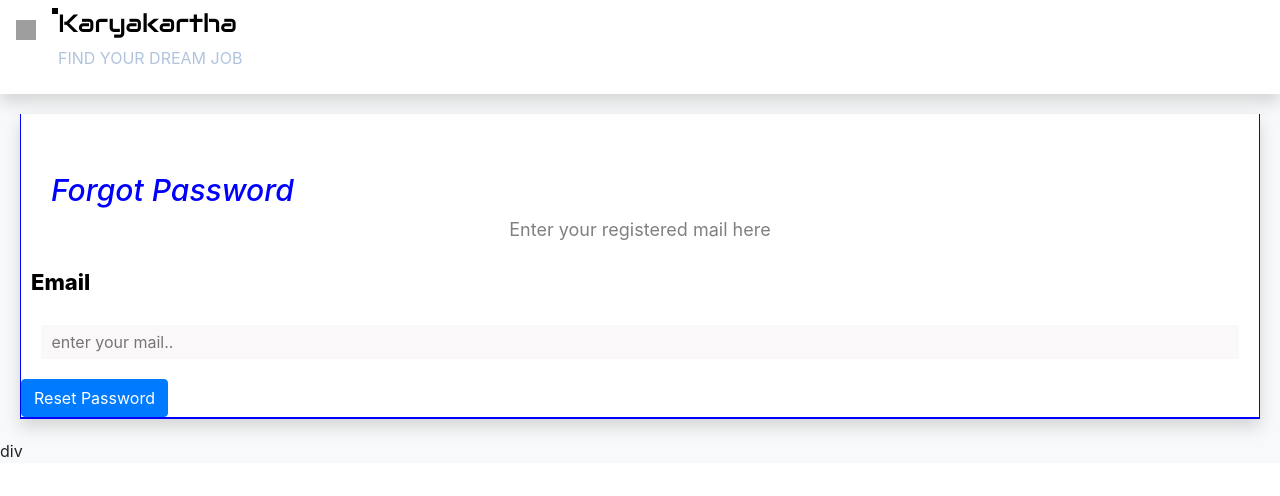
Repository: siri548/Karyakartha
Page: forgotPage.html
These files come from the project's save history. The page is drawn as it stood at one moment and after the next save; the edit follows.
The browser window is 1280 px wide. The pictures show the whole page.
Pictures or frames that could not be fetched are drawn as grey boxes.

Above is the page before, as saved 2023-11-04 17:51:27.
Console error (its wording comes from the project's code and is left out).

### forgotPage.html
<!DOCTYPE html>
<html lang="en">

<head>
    <meta charset="UTF-8">
    <meta name="viewport" content="width=device-width, initial-scale=1.0">
    <link rel="stylesheet" href="https://cdn.jsdelivr.net/npm/bootstrap@4.6.2/dist/css/bootstrap.min.css">
    <link rel="stylesheet" href="https://cdnjs.cloudflare.com/ajax/libs/font-awesome/6.4.0/css/all.min.css">

    <script src="https://cdn.jsdelivr.net/npm/bootstrap@4.6.2/dist/js/bootstrap.bundle.min.js" integrity="sha384-Fy6S3B9q64WdZWQUiU+q4/2Lc9npb8tCaSX9FK7E8HnRr0Jz8D6OP9dO5Vg3Q9ct" crossorigin="anonymous"></script>
    <script src="https://cdn.jsdelivr.net/npm/jquery@3.5.1/dist/jquery.slim.min.js" integrity="sha384-DfXdz2htPH0lsSSs5nCTpuj/zy4C+OGpamoFVy38MVBnE+IbbVYUew+OrCXaRkfj" crossorigin="anonymous"></script>
    <script src="https://cdn.jsdelivr.net/npm/popper.js@1.16.1/dist/umd/popper.min.js" integrity="sha384-9/reFTGAW83EW2RDu2S0VKaIzap3H66lZH81PoYlFhbGU+6BZp6G7niu735Sk7lN" crossorigin="anonymous"></script>

    <link rel="stylesheet" href="https://fonts.googleapis.com/css?family=Audiowide">

    <link rel="stylesheet" text="css/text" href="forgotPage.css">
</head>

<body>
    <div class="bg-forgotPage bg-light">
        <nav class="navbar navbar-expand-lg navbar-light bg-white shadow">
            <div class="d-flex flex-row justify-content-between">
                <div>
                    <a class=" navbar-brand " href="# ">
                        <i class="outer-icon bi bi-search ">
                      <img src = "D:\icons\trend.png " class = "inner-icon " />
                            </i>
                    </a>
                </div>
                <div class="forgotPage-verticlelineBrandname">
                </div>
                <div>
                    <h1 class="karykartaname">Karyakartha </h1>
                    <p class="karyakartha-tagline">FIND YOUR DREAM JOB</p>
                </div>
            </div> <button class=" navbar-toggler " type="button " data-toggle="collapse " data-target="#navbarNavAltMarkup " aria-controls="navbarNavAltMarkup " aria-expanded="false " aria-label="Toggle navigation ">
                    <span class="navbar-toggler-icon "></span>
                    </button>
            <div class="collapse navbar-collapse " id="navbarNavAltMarkup ">
                <div class="navbar-nav ml-auto ">
                    <a class="nav-link active " href="# ">
                        <span class="sr-only "></span>
                    </a>
                    <a class="nav-link " href="# "></a>
                    <a class="nav-link " href="# "></a>
                    <a class="nav-link " href="# "></a>
                </div>
            </div>
        </nav>
        <div class="forgotPage-card shadow">
            <div class="text-right ">

                <i class="forgotPage-closeIcon bi bi-x"></i>
            </div>

            <h1 class="forgotHeading ">Forgot Password</h1>
            <div class="text-center">
                <p class="forgotPage-para">Enter your registered mail here</p>
            </div>
            <div>
                <h1 class="forgotPage-emailHeading ">Email</h1>
            </div>
            <div class="forgotPage-inputContainer">
                <input type="text " placeholder=" enter your mail.." class="forgotPage-input">
                <div class="text-right "><i class="forgotPage-envelopeIcon bi bi-envelope-fill"></i>
                </div>
            </div>
            <button class="btn btn-primary">Reset Password</button>
        </div>div
    </div>
</body>

</html>

### forgotPage.css
.bg-forgotpage {
    background-color: lightgrey;
}

.outer-icon {
    color: blue;
    width: 20px;
    height: 20px;
    background-size: cover;
}

.inner-icon {
    color: blue;
    font-size: 20px;
    width: 20px;
    height: 20px;
}

.forgotPage-verticlelineBrandname {
    width: 1px;
    height: 100%;
    background-color: black;
    padding: 3px;
}

.karykartaname {
    font-size: 25px;
    color: black;
    font-family: "Audiowide", sans-serif;
}

.forgotPage-card {
    background-color: white;
    border-color: blue;
    border-top: 0px;
    border-right: 1px solid blue;
    border-left: 1px solid blue;
    border-bottom: 2px solid blue;
    margin: 20px;
}

.forgotPage-closeIcon {
    color: black;
    font-size: 25px;
    padding-right: 10px;
}

.forgotHeading {
    color: blue;
    font-size: 30px;
    padding-left: 30px;
    padding-top: 20px;
    font-style: italic;
}

.karyakartha-tagline {
    color: lightsteelblue;
    font-size: 16px;
}

.forgotPage-para {
    color: grey;
    font-size: 18px;
}

.forgotPage-emailHeading {
    color: black;
    font-weight: 800;
    font-size: 22px;
    padding: 10px;
}

.forgotPage-envelopeIcon {
    color: rgb(29, 20, 20);
    font-size: 18px;
}

.forgotPage-inputContainer {
    background-color: rgb(250, 248, 248);
    padding: 4px;
    margin: 20px;
}

.forgotPage-input {
    background-color: rgb(250, 248, 248);
    border-width: 0px;
}

After the next save:
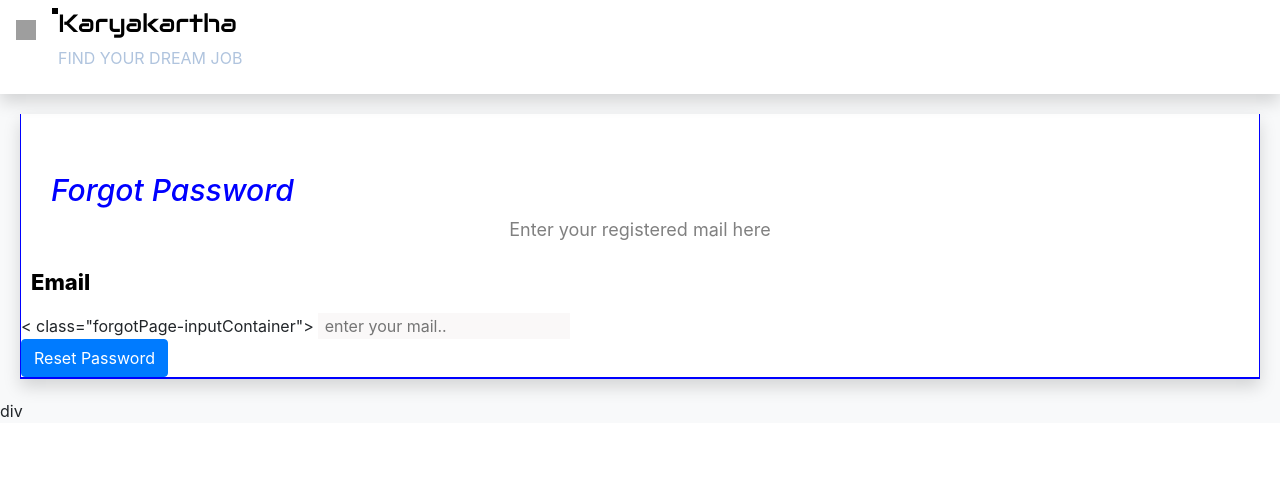
Saved 44 s later.
--- a/forgotPage.html
+++ b/forgotPage.html
@@ -60,12 +60,12 @@
             <div>
                 <h1 class="forgotPage-emailHeading ">Email</h1>
             </div>
-            <div class="forgotPage-inputContainer">
+            < class="forgotPage-inputContainer">
                 <input type="text " placeholder=" enter your mail.." class="forgotPage-input">
                 <div class="text-right "><i class="forgotPage-envelopeIcon bi bi-envelope-fill"></i>
                 </div>
-            </div>
-            <button class="btn btn-primary">Reset Password</button>
+
+                <button class="btn btn-primary">Reset Password</button>
         </div>div
     </div>
 </body>
